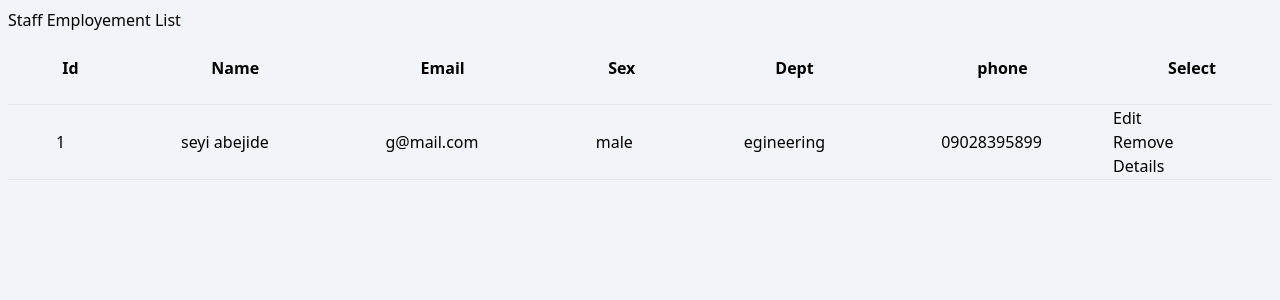
Repository: Semanmernstack/crud
Page: /
The author's editor kept a copy of each file at every save. The page is drawn from the files as they stood at one save, then again after the next save.
The browser window is 1280 px wide. The pictures show the whole page.
The project was rebuilt for these pictures with package versions that can differ from the ones it lists, and the page was loaded fresh each time. Requests to the local data server were answered from the project's data file. Also part of the build but not shown: src/Details.js, src/Create.js, src/Edit.js.

Above is the page before, as saved 2022-12-24 00:57:27.

After the next save:
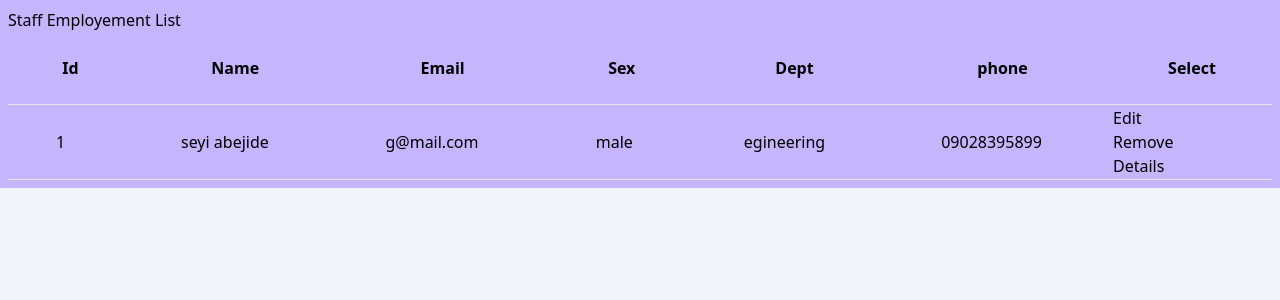
Saved 58 s later.
--- a/src/List.js
+++ b/src/List.js
@@ -15,7 +15,7 @@ function List() {
 
     }, [])
   return (
-    <div className="overflow-x-hidden lg:max-w-7xl mx-auto  p-2 items-center   ">
+    <div className="overflow-x-hidden lg:max-w-7xl mx-auto  p-2 items-center bg-violet-300   ">
 
         <p>Staff Employement List</p>
 
